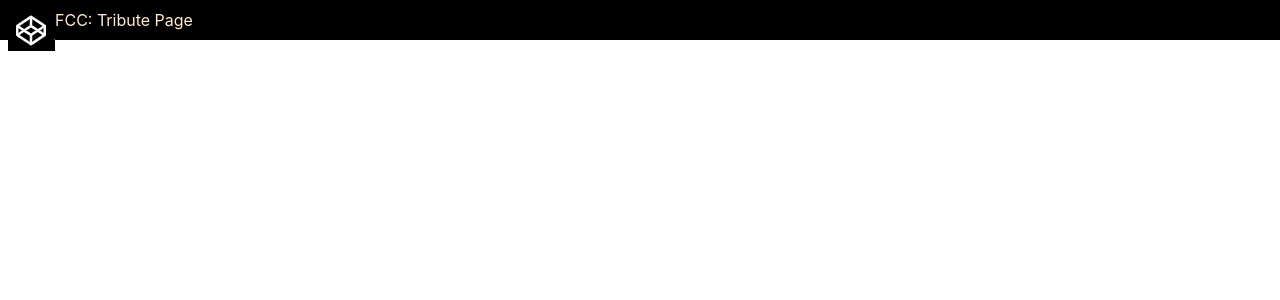
Repository: AbdulWahabRaza123/tributePage
Page: index.html
The author's editor kept a copy of each file at every save. The page is drawn from the files as they stood at one save, then again after the next save.
The browser window is 1280 px wide. The pictures show the whole page.

Above is the page before, as saved 2021-09-02 15:30:39.

### index.html
<!doctype html>
<html lang="en">

<head>
    <!-- Required meta tags -->
    <meta charset="utf-8">
    <meta name="viewport" content="width=device-width, initial-scale=1, shrink-to-fit=no">

    <!-- Bootstrap CSS -->
    <link rel="stylesheet" href="https://cdn.jsdelivr.net/npm/bootstrap@4.6.0/dist/css/bootstrap.min.css" integrity="sha384-B0vP5xmATw1+K9KRQjQERJvTumQW0nPEzvF6L/Z6nronJ3oUOFUFpCjEUQouq2+l" crossorigin="anonymous">

    <title>FCC: Tribute Page</title>
    <link rel="stylesheet" href="new.css">
</head>

<body>
    <header id="Nav">
        <img id="image" src="logo.PNG " alt="Logo " width:4px height:4px>
        <class id="Web-Name">
            FCC: Tribute Page
        </class>
    </header>

    <!-- Optional JavaScript; choose one of the two! -->

    <!-- Option 1: jQuery and Bootstrap Bundle (includes Popper) -->
    <script src="https://code.jquery.com/jquery-3.5.1.slim.min.js " integrity="sha384-DfXdz2htPH0lsSSs5nCTpuj/zy4C+OGpamoFVy38MVBnE+IbbVYUew+OrCXaRkfj " crossorigin="anonymous "></script>
    <script src="https://cdn.jsdelivr.net/npm/bootstrap@4.6.0/dist/js/bootstrap.bundle.min.js " integrity="sha384-Piv4xVNRyMGpqkS2by6br4gNJ7DXjqk09RmUpJ8jgGtD7zP9yug3goQfGII0yAns " crossorigin="anonymous "></script>

    <!-- Option 2: Separate Popper and Bootstrap JS -->
    <!--
    <script src="https://code.jquery.com/jquery-3.5.1.slim.min.js " integrity="sha384-DfXdz2htPH0lsSSs5nCTpuj/zy4C+OGpamoFVy38MVBnE+IbbVYUew+OrCXaRkfj " crossorigin="anonymous "></script>
    <script src="https://cdn.jsdelivr.net/npm/popper.js@1.16.1/dist/umd/popper.min.js " integrity="sha384-9/reFTGAW83EW2RDu2S0VKaIzap3H66lZH81PoYlFhbGU+6BZp6G7niu735Sk7lN " crossorigin="anonymous "></script>
    <script src="https://cdn.jsdelivr.net/npm/bootstrap@4.6.0/dist/js/bootstrap.min.js " integrity="sha384-+YQ4JLhjyBLPDQt//I+STsc9iw4uQqACwlvpslubQzn4u2UU2UFM80nGisd026JF " crossorigin="anonymous "></script>
    -->
</body>

</html>

### new.css
header {
    background-color: black;
    padding: 8px;
}

#image {
    float: left;
}

#Web-Name {
    color: blanchedalmond;
}

After the next save:
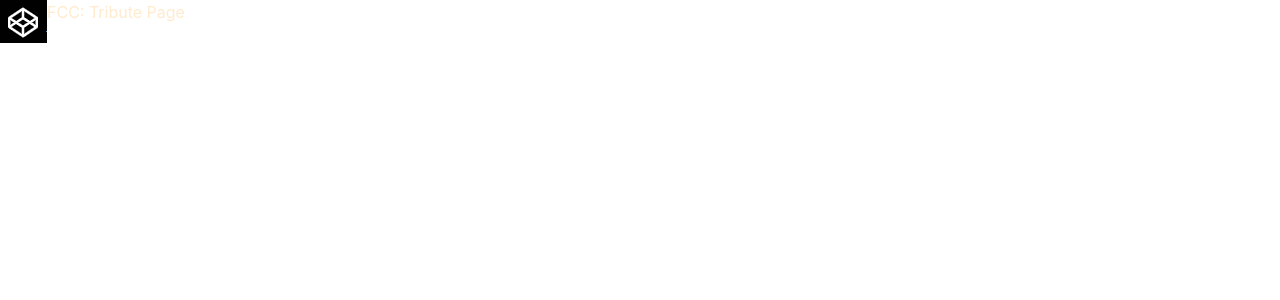
Saved 6 s later.
--- a/new.css
+++ b/new.css
@@ -1,4 +1,4 @@
-header {
+Nav {
     background-color: black;
     padding: 8px;
 }

After the save that followed:
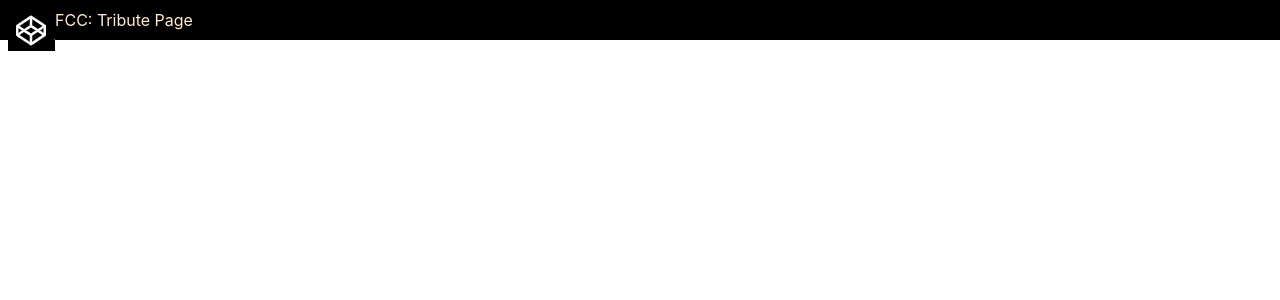
Saved 88 s later.
--- a/new.css
+++ b/new.css
@@ -1,4 +1,4 @@
-Nav {
+header {
     background-color: black;
     padding: 8px;
 }
